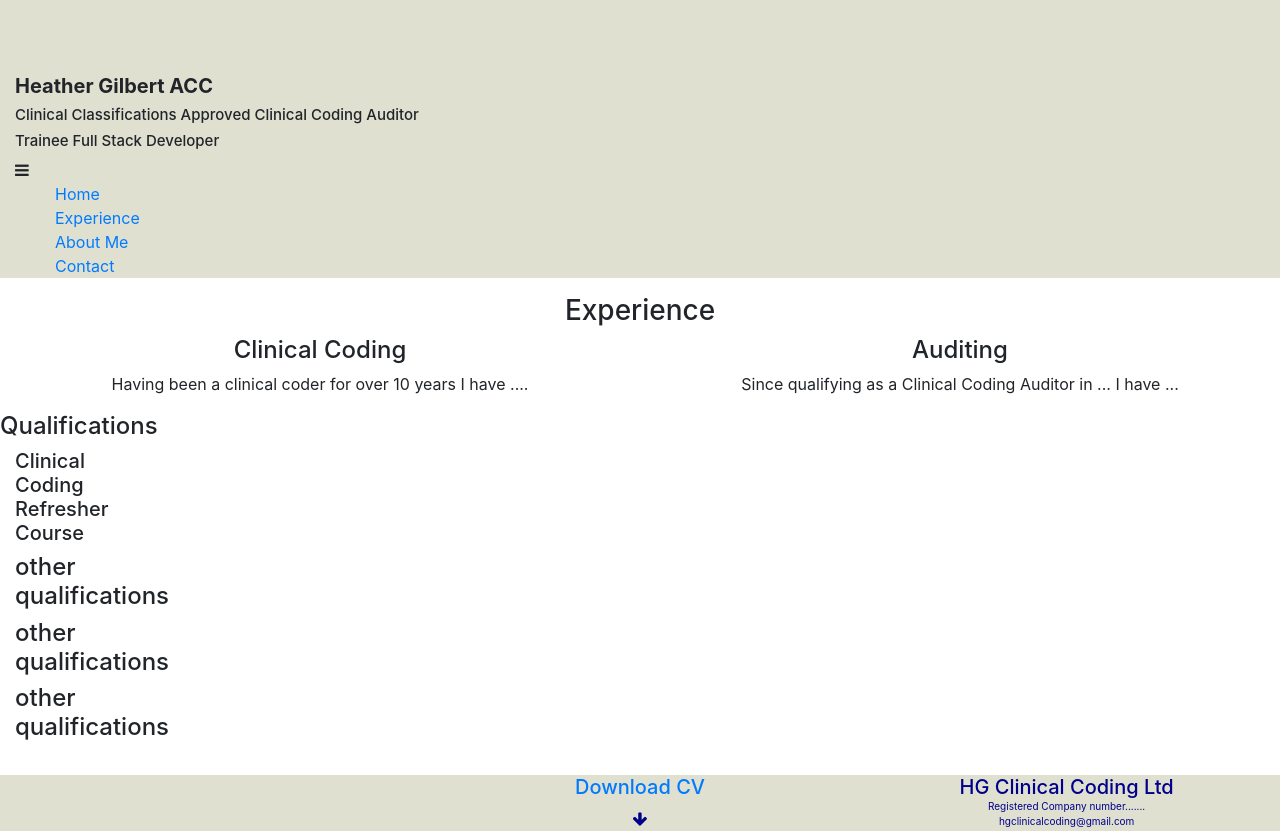
Repository: Code-Institute-Submissions/fsd-ms-project1-resume
Page: resume.html
The author's editor kept a record of every edit. The page is drawn from the files as they stood at one moment, then again after the next edit.
The browser window is 1280 px wide. The pictures show the whole page.

Above is the page before.

After the next edit:
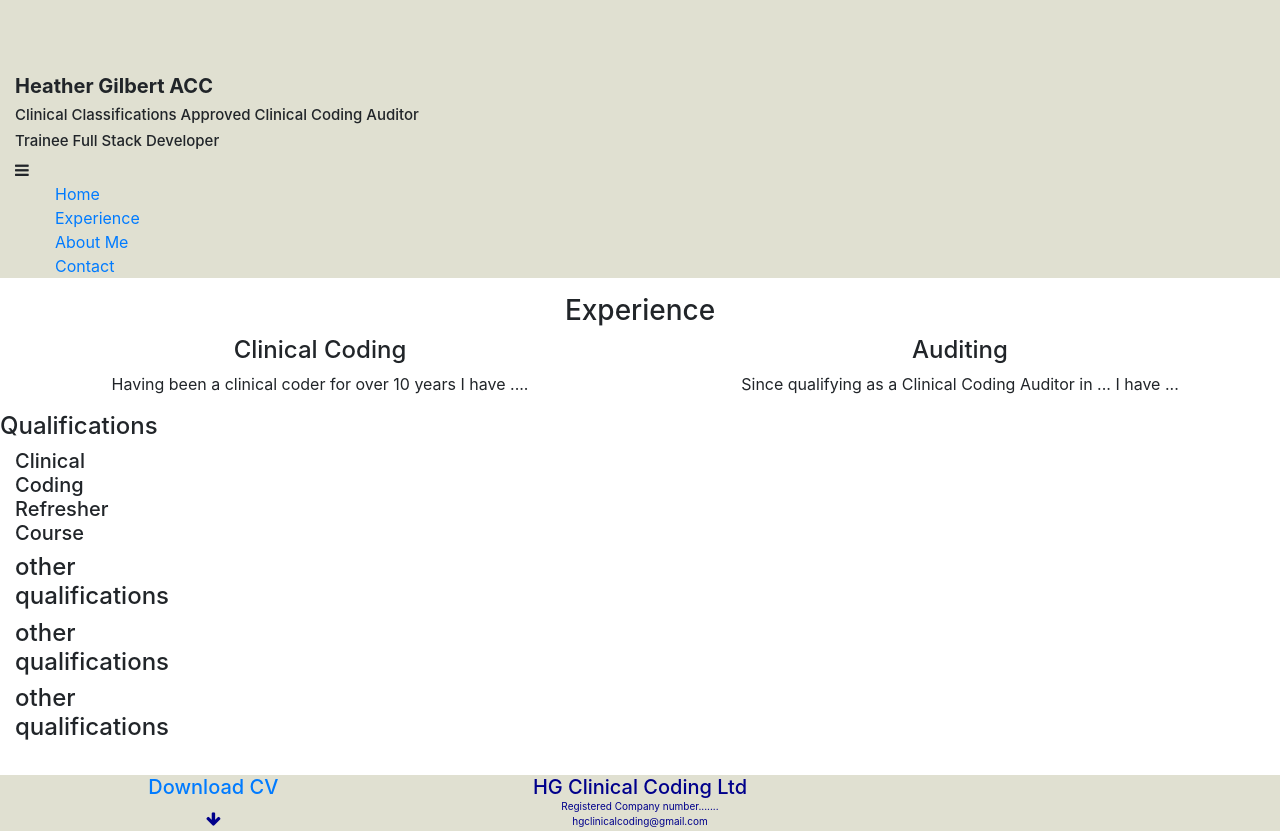
The edit:
--- a/resume.html
+++ b/resume.html
@@ -85,8 +85,8 @@
 <footer class="container-fluid">
     <div class="row">
         <div class="col-sm-4 contact">
-            <a href="contact.html>Contact Me</a>
-            <i class=" fa fa-address-book-o " aria-hidden="true "></i>
+            <a href="contact.html>Contact Me /a>
+            <i class=" fa fa-address-book-o " aria-hidden="true /></i>
         </div>
         <div class="col-sm-4 ">
             <h5>Download CV</h5>
